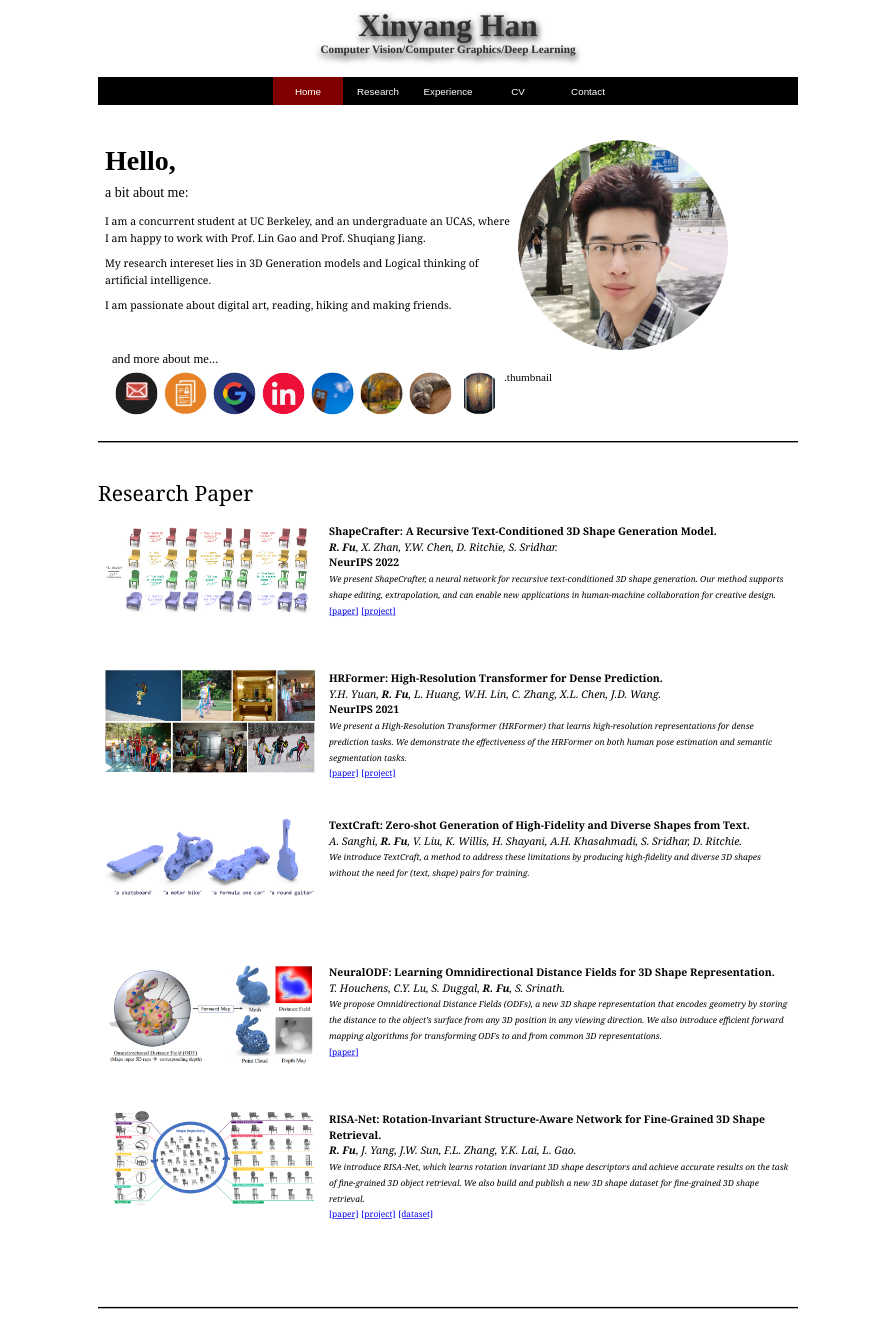
Repository: XinyangHan/XinyangHan.github.io
Page: index.html
These files come from the project's save history. The page is drawn as it stood at one moment and after the next save; the edit follows.
The browser window is 1280 px wide. The pictures show the part of the page from y = 0 to 1920 px (the page is 4103 px tall), at 70% of full size.

Above is the page before, as saved 2023-02-11 13:46:07.

### index.html
<!DOCTYPE html>
<html>

<head>
	<meta charset="utf-8">
	<meta name="keywords" content="Rao FU, Rao FU, Rao Fu Homepage, Rao Fu Webpage, Rao Fu UCAS, Rao Fu Brown">
	<meta name="description" content="Rao FU's homepage">
	<meta name="viewport" content="width=device-width, initial-scale=1">
	<title>Rao FU | Homepage</title>
	<link href="style.css" rel="stylesheet" />
	<style>
	</style>



</head>

<body>
<!-------------------------------------------------- Header -------------------------------------------------->
<div id="header">
	<h1> Xinyang Han </h1>
	<h2>Computer Vision/Computer Graphics/Deep Learning</h2>
</div><!-- Header -->

<!-------------------------------------------------- Navbar -------------------------------------------------->
<div id="nav-wrapper">
<div id="nav">
			<button class="btn active" onclick="window.location.href = './index.html#content_home';">Home</button>
			<button class="btn" onclick="window.location.href = './index.html#content_project';">Research</button>
			<button class="btn" onclick="window.location.href = './index.html#content_exp';">Experience</button>
			<button class="btn" onclick="window.location.href = './resource/My_CV.pdf'; target='_blank'; ">CV</button>
			<button class="btn" onclick="window.location.href = './index.html#c_contact_biography';">Contact</button>
			<!-- <a href="./index.html#content_home" class="active">Home</a>  -->
			<!-- <a href="./index.html#content_project">Research</a> -->
			<!-- <a href="./index.html#content_exp">Experience</a> -->
			<!-- <a href="./resource/MY_CV.pdf">CV</a> -->
			<!-- <a href="./index.html#c_contact_biography">Contact</a> -->
</div> <!-- #nav -->
</div>

<!-------------------------------------------------- Script -------------------------------------------------->
<script>
	// Get the container element
	var btnContainer = document.getElementById("nav");

	// Get all buttons with class="btn" inside the container
	var btns = btnContainer.getElementsByClassName("btn");

	// Loop through the buttons and add the active class to the current/clicked button
	for (var i = 0; i < btns.length; i++) {
	btns[i].addEventListener("click", function() {
		var current = document.getElementsByClassName("active");
		current[0].className = current[0].className.replace(" active", "");
		this.className += " active";
	});
	}
</script>

<!-------------------------------------------------- Content Home-------------------------------------------------->
<div class="content"  id="content_home">

	<div class="c_home_wrapper">
		<div id="c_biography">
			<strong id="c_font1">Hello,</strong><br>
			<span class="c_font2">a bit about me:</span><br>
			<p class="c_font3">
				I am a concurrent student at UC Berkeley, and an undergraduate an UCAS, where I am happy to work with Prof. Lin Gao and Prof. Shuqiang Jiang.
			</p>
			<p class="c_font3">
				My research intereset lies in 3D Generation models and Logical thinking of artificial intelligence.
			</p>
			<p class="c_font3">
				I am passionate about digital art, reading, hiking and making friends.
			</p>
		</div>

		<div id="c_profile">
			<div class="c_thumbnail">
				<img src="img/round_profile.png" id="buttons" alt="profile_button" >
				<div class="overlay">
					<p>
						勿戳！<br>
						Don't poke my cheeks!<br>
						¡no me toques las mejillas! <br>
						मेरे गाल मत दबाओ! <br>
						আমার গালে খোঁচা দিও না! <br>
						não cutuque minhas bochechas! <br>
						не тыкай меня в щеки! <br>
						私の頬をつつかないで！ <br>
						ਮੇਰੀਆਂ ਗੱਲ੍ਹਾਂ ਨੂੰ ਨਾ ਮਾਰੋ! <br>
						唔好戳我嘅脸颊！<br>
						đừng chọc má tôi!<br>
						నా బుగ్గలు కుట్టకు!<br>
						yanaklarımı dürtme!<br>
						내 뺨을 찌르지 마! <br>
						ne touchez pas mes joues!<br>
						stoß mir nicht in die Wangen!<br>
						என் கன்னங்களை குத்தாதே!<br>
						میرے گالوں کو مت مارو!<br>
						ojo nyocot pipiku!<br>
						non toccarmi le guance!<br>
						لا تكز خدي!<br>
					</p>
				</div>
			</div>
		</div>

		<div id="c_info">
			<!-- <strong id="c_font4">And more</strong><br>
			<strong id="c_font4">about me</strong><br> -->
			<span class="c_font2_1"> and more about me... </span><br>
			<!-- CONTENT TODO -->
			<div class="thumbnail">
				<img src="img/email_icon.jpg" id="button0" alt="email_button" >
				<div class="overlay" onclick="window.location.href = 'hanxinyang20a@mails.ucas.ac.cn';" >
					<p>Email to<br>Say Hi</p>
				</div>
			</div> <!-- .thumbnail -->


			<div class="thumbnail">
				<img src="img/cv_icon.jpg" id="button1" alt="cv_button" >
				<div class="overlay"  onclick="window.location.href='./resource/Xinyang_Han_CV.pdf'; " >
					<p>CV/<br>Resume</p>
				</div>
			</div> <!-- .thumbnail -->

			<div class="thumbnail">
				<img src="img/gs_icon.png" id="button2" alt="google_button" >
				<div class="overlay" onclick="window.location.href = 'https://scholar.google.com/citations?hl=en&user=VWMWQEcAAAAJ';" >
					<p>Google<br>Scholar</p>
				</div>
			</div> .thumbnail

			<div class="thumbnail">
				<img src="img/linkedin_icon.png" id="button3" alt="lkin_icon" >
				<div class="overlay" onclick="window.location.href = 'https://www.linkedin.com/in/rao-fu-245269210/';" >
					<p>LinkedIn<br>Profile</p>
				</div>
			</div> <!-- .thumbnail -->

			<div class="thumbnail">
				<img src="img/ucas_button.png" id="button4" alt="ucas_button" >
				<div class="overlay" onclick="window.location.href = 'https://en.wikipedia.org/wiki/University_of_the_Chinese_Academy_of_Sciences/';" >
					<p>B.E.@<br>UCAS</p>
				</div>
			</div> <!-- .thumbnail -->

			<div class="thumbnail">
				<img src="img/Brown_icon.jpg" id="button5" alt="brown_button">
				<div class="overlay" onclick="window.location.href = 'https://www.usc.edu/';" >
					<p>Ph.D.@<br>Brown
					</p>
				</div>
			</div> <!-- .thumbnail -->

			<div class="thumbnail">
				<img src="img/cat_icon.jpg" id="button6" alt="cat_button">
				<div class="overlay" onclick="window.location.href = 'https://instagram.com/inocchi_mew?r=nametag';" >
					<p>My Cat<br>Inocchi
					</p>
				</div>
			</div> <!-- .thumbnail -->

			<div class="thumbnail">
				<img src="img/art_icon.jpg" id="button6" alt="art_button">
				<div class="overlay" onclick="window.location.href = './index.html#content_home';" >
					<p>Arts<br>Todo...</p>
				</div>
			</div> <!-- .thumbnail -->

		</div>
	</div><!-- Home Wrapper-->

	<div class="clearfloat"></div>
</div><!-- Content Home-->

<!-------------------------------------------------- Content Project -------------------------------------------------->
<div class="content">

	<div class="c_public_wrapper" id="content_project">
		<div class="c_font1_1">Research Paper</div>
		<div class="c_public">
			<div class="disp_wrapper">
				<!-- <a href="./img/HRFormer.png" data-lightbox="project1" data-title="HRFormer2 Structure"> -->
					<img src="./img/project_shapecrafter.jpg" class="project_img" title="ShapeCrafter Structure">
				<!-- </a> -->
				<!-- <p class="small_font">click image for details</p> -->
			</div>
			<strong>ShapeCrafter: A Recursive Text-Conditioned 3D Shape Generation Model.</strong>
			<br><em><strong>R. Fu</strong>, X. Zhan, Y.W. Chen, D. Ritchie, S. Sridhar. </em>
			<br><strong>NeurIPS 2022</strong></em>
			<br><em class="small_font">We present ShapeCrafter, a neural network for recursive text-conditioned 3D shape generation.
				Our method supports shape editing, extrapolation, and can enable new applications in human-machine collaboration for creative design.</em>
			<br><a href="https://arxiv.org/abs/2207.09446" class="small_font">[paper]</a>
			<a href="https://ivl.brown.edu/projects/shapecrafter" class="small_font">[project]</a>
		</div>

		<div class="c_public">
			<div class="disp_wrapper">
				<!-- <a href="./img/project_hrformer.png" data-lightbox="project1" data-title="HRFormer2 Structure"> -->
					<img src="./img/project_hrformer.png" class="project_img" title="HRFormer2 Structure">
				<!-- </a> -->
				<!-- <p class="small_font">click image for details</p> -->
			</div>
			<strong>HRFormer: High-Resolution Transformer for Dense Prediction.</strong>
			<br><em>Y.H. Yuan, <strong>R. Fu</strong>, L. Huang, W.H. Lin, C. Zhang, X.L. Chen, J.D. Wang. </em>
			<br><strong>NeurIPS 2021</strong></em>
			<br><em class="small_font">We present a High-Resolution Transformer (HRFormer) that learns high-resolution
				representations for dense prediction tasks. We demonstrate the effectiveness
				of the HRFormer on both human pose estimation and semantic segmentation tasks.</em>
			<br><a href="https://arxiv.org/abs/2110.09408" class="small_font">[paper]</a>
			<a href="https://github.com/HRNet/HRFormer" class="small_font">[project]</a>
		</div>

		<div class="c_public">
			<div class="disp_wrapper">
				<!-- <a href="./img/HRFormer.png" data-lightbox="project1" data-title="HRFormer2 Structure"> -->
					<img src="./img/project_textcraft.png" class="project_img" title="TextCraft Structure">
				<!-- </a> -->
				<!-- <p class="small_font">click image for details</p> -->
			</div>
			<strong>TextCraft: Zero-shot Generation of High-Fidelity and Diverse Shapes from Text.</strong>
			<br><em>A. Sanghi, <strong>R. Fu</strong>, V. Liu, K. Willis,  H. Shayani, A.H. Khasahmadi, S. Sridhar, D. Ritchie. </em>
			<!-- <br><strong>CoRR</strong></em> -->
			<br><em class="small_font">We introduce TextCraft, a method to address these limitations by producing high-fidelity
				and diverse 3D shapes without the need for (text, shape) pairs for training.</em>
			<!-- <br><a href="https://arxiv.org/pdf/2206.05837" class="small_font">[paper]</a> -->
		</div>

		<div class="c_public">
			<div class="disp_wrapper">
				<!-- <a href="./img/HRFormer.png" data-lightbox="project1" data-title="HRFormer2 Structure"> -->
					<img src="./img/project_odf.jpg" class="project_img" title="ODF Structure">
				<!-- </a> -->
				<!-- <p class="small_font">click image for details</p> -->
			</div>
			<strong>NeuralODF: Learning Omnidirectional Distance Fields for 3D Shape Representation.</strong>
			<br><em>T. Houchens, C.Y. Lu, S. Duggal, <strong>R. Fu</strong>, S. Srinath. </em>
			<!-- <br><strong>CoRR</strong></em> -->
			<br><em class="small_font">We propose Omnidirectional Distance Fields (ODFs), a new 3D shape representation
				that encodes geometry by storing the distance to the object’s surface from any 3D position in any
				viewing direction. We also introduce efficient forward mapping algorithms for transforming ODFs to and
				from common 3D representations.</em>
			<br><a href="https://arxiv.org/pdf/2206.05837" class="small_font">[paper]</a>
		</div>

		<div class="c_public">
				<div class="disp_wrapper">
					<!-- <a href="./img/project_risanet.png" data-lightbox="project1" data-title="RISA-Net Structure"> -->
						<img src="./img/project_risanet.png" class="project_img" title="RISA-Net Structure">
					<!-- </a> -->
					<!-- <p class="small_font">click image for details</p> -->
				</div>
				<strong>RISA-Net: Rotation-Invariant Structure-Aware Network for Fine-Grained 3D Shape Retrieval.</strong>
				<br><em><strong>R. Fu</strong>, J. Yang, J.W. Sun, F.L. Zhang, Y.K. Lai, L. Gao. </em>
				<!-- <br><em>CoRR </em> -->
				<br><em class="small_font">We introduce RISA-Net, which learns rotation invariant
					3D shape descriptors and achieve accurate results on the task of fine-grained 3D object retrieval. We also build and publish
					a new 3D shape dataset for fine-grained 3D shape retrieval.</em>
				<br><a href="https://arxiv.org/abs/2010.00973" class="small_font">[paper]</a>
				<a href="https://github.com/IGLICT/RisaNET" class="small_font">[project]</a>
				<a href="https://drive.google.com/drive/folders/1BpwtlhrYfR5xGcXGoYFjo9bQFtw4nFvP" class="small_font">[dataset]</a>

		</div>
	</div>
	<div class="clearfloat"></div>
</div><!-- Content Project-->

<!-------------------------------------------------- Content Experiment-------------------------------------------------->
<div class="content">

	<div class="c_education_wrapper" id="content_exp">
		<div class="c_font1_1">Education</div>

		<div class="c_education">
			<strong>BROWN UNIVERSITY</strong>
			<em class="dates">Sept.2021 – Present</em>
			<div class="clearfloat"></div>
			<div class="logo_wrapper">
				<img class="schoollogo" src="./img/brown_logo.png" alt="BROWN Logo" />
			</div>
			<ul>
			<li>Title: Computer Science Ph.D. Student</li>
			<li>Concentration: Vision, Graphics and Robotics</li>
			</ul>
		</div>

		<div class="c_education">
			<strong>UNIVERSITY OF CHINESE ACADEMY OF SCIENCES</strong>
			<em class="dates">Sept. 2017-Jul. 2021</em>
			<div class="clearfloat"></div>
			<div class="logo_wrapper">
				<img class="schoollogo" src="./img/cas_logo.jpg" alt="CAS Logo" />
			</div>
			<ul>
			<li>Degree: Bachelor of Computer Science.</li>
			<li>GPA: 3.72/4.00.</li>
			<li>Core GPA: 3.82/4.00.</li>
			<li><em>Outstanding Thesis Awards.</em> </li>
			<li><em></em>National Inspirational Scholarship(5%).</em></li>
			</ul>
		</div>

		<div class="c_education">
			<strong>UNIVERSITY OF SOUTHERN CALIFORNIA</strong>
			<em class="dates">Jan. 2020-May. 2020</em>
			<div class="clearfloat"></div>
			<div class="logo_wrapper">
				<img class="schoollogo" src="./img/usc_logo.png" alt="USC Logo" />
			</div>
			<ul>
			<li>Title: Visiting Student.</li>
			<li>GPA: 4.00/4.00.</li>
			</ul>

		</div>

		<div class="c_education">
			<strong>BEIJING NATIONAL DAY SCHOOL</strong>
			<em class="dates">Sept. 2011-Jul. 2017</em>
			<div class="clearfloat"></div>
			<div class="logo_wrapper">
				<img class="schoollogo" src="./img/bnds_logo.png" alt="USC Logo" />
			</div>
			<ul>
			<li>Title: Student.</li>
			<li>GPA: 3.9/4.0.</li>
			</ul>

		</div>
	</div>

	<div class="c_intern_wrapper">
		<div class="c_font1_1">Employment</div>

		<div class="c_intern">
			<strong>Research intern: Autodesk Inc.</strong>
				<em class="dates">May. 2022 – Present</em>
			<br><br><em>Group: AI Lab</em><em class="dates">Toronto, Canada</em>
			<ul>
				<li>Research on Lauguage-guided 3D Shape Generation.</li>
			</ul>
		</div>

		<div class="c_intern">
			<strong>Research intern: Microsoft Research, Asia</strong>
				<em class="dates">Mar. 2021 – July. 2021</em>
			<br><br><em>Group: Speech Group, Visual Computing Group</em><em class="dates">Beijing, China</em>
			<ul>
				<li>Research on High-Resolution Machine Perception Backbone</li>
			</ul>
		</div>

		<div class="c_intern">
			<strong>Research intern: University of California, San Diego</strong>
				<em class="dates">May. 2020 – Nov. 2020</em>
			<br><br><em>Advisor: Prof. Hao Su.</em><em class="dates">San Diego, CA, USA</em>
			<ul>
				<li>Research on Robot Grasping with Two-Finger Grippers.</li>
				<li>Research on Humanoid Robot Grippers.</li>
			</ul>
		</div>

		<div class="c_intern">
				<strong>Research intern: Institute of Computing Technology, CAS.</strong>
					<em class="dates">Jul. 2019 – Nov. 2020</em>
				<br><br><em>Advisor: Prof. Lin Gao</em> <em class="dates">Beijing, China</em>
				<ul>
					<li>Research on Fine-grained 3D Shape Retrieval.</li>
					<li>Research on Talking Head Generation.</li>
				</ul>
		</div>
	</div>

	<div class="clearfloat"></div>

</div><!-- Content Experiment-->

<!-------------------------------------------------- Content Contact-------------------------------------------------->
<div class="content">
	<div class="c_contact_wrapper">
	<!-- 	<div id="c_contact_biography">
			<span class="c_font1_1">Contact me:</span><br>
			<p class="c_font3">
			Email: <a href="mailto:rao_fu@brown.edu">rao_fu@brown.edu</a>
			</p>
			<p class="c_font3">
			Mail: Brown University Box 1910, Providence, RI 02912
			</p>
		</div> -->

		<div id="c_contact_profile">
			<span class="c_font1_1">Buy me a Boba:</span><br>
			<p class="c_font3">
			If you like my homepage and think it's useful, welcome to buy me a Boba via Wechat or Paypal down here:
			</p>
			<div id="c_contact_thumbnail_1">
			</div>
			<div id="c_contact_thumbnail_2">
			</div>
		</div>

		<div class="clearfloat"></div>
	</div><!-- Content Contact Wrapper-->
</div><!-- Content Contact -->


<div class="clearfloat"></div>
<!-------------------------------------------------- Footer -------------------------------------------------->
<div id="footer">
	<!-- <div class="b_thumbnail">
		<img class="b_img" src="img/i3.png" alt="email">
	</div>
	<div class="b_font">
		<a href="mailto:rao_fu@brown.edu">rao_fu@brown.edu</a>
	</div>
	<div class="b_thumbnail">
		<img class="b_img" src="img/i4.png" alt="git">
	</div>
	<div class="b_font">
		<a href="https://github.com/freddierao">github.com/freddierao</a>
	</div>	 -->
	<div class="b_thumbnail">
		<img class="b_img" src="img/i2.png" alt="copyright">
	</div>
	<div class="b_font">
		&copy; 2022 by Rao FU
	</div>
	<div class="clearfloat"></div>
</div><!-- Footer -->
<script>
window.onscroll = function() {myFunction()};

var navbar = document.getElementById("nav-wrapper");
var sticky = navbar.offsetTop;

function myFunction() {
  if (window.pageYOffset >= sticky) {
    navbar.classList.add("sticky")
  } else {
    navbar.classList.remove("sticky");
  }
}
</script>
</body>
</html>

Loaded but not shown: style.css (556 lines, source omitted)

After the next save:
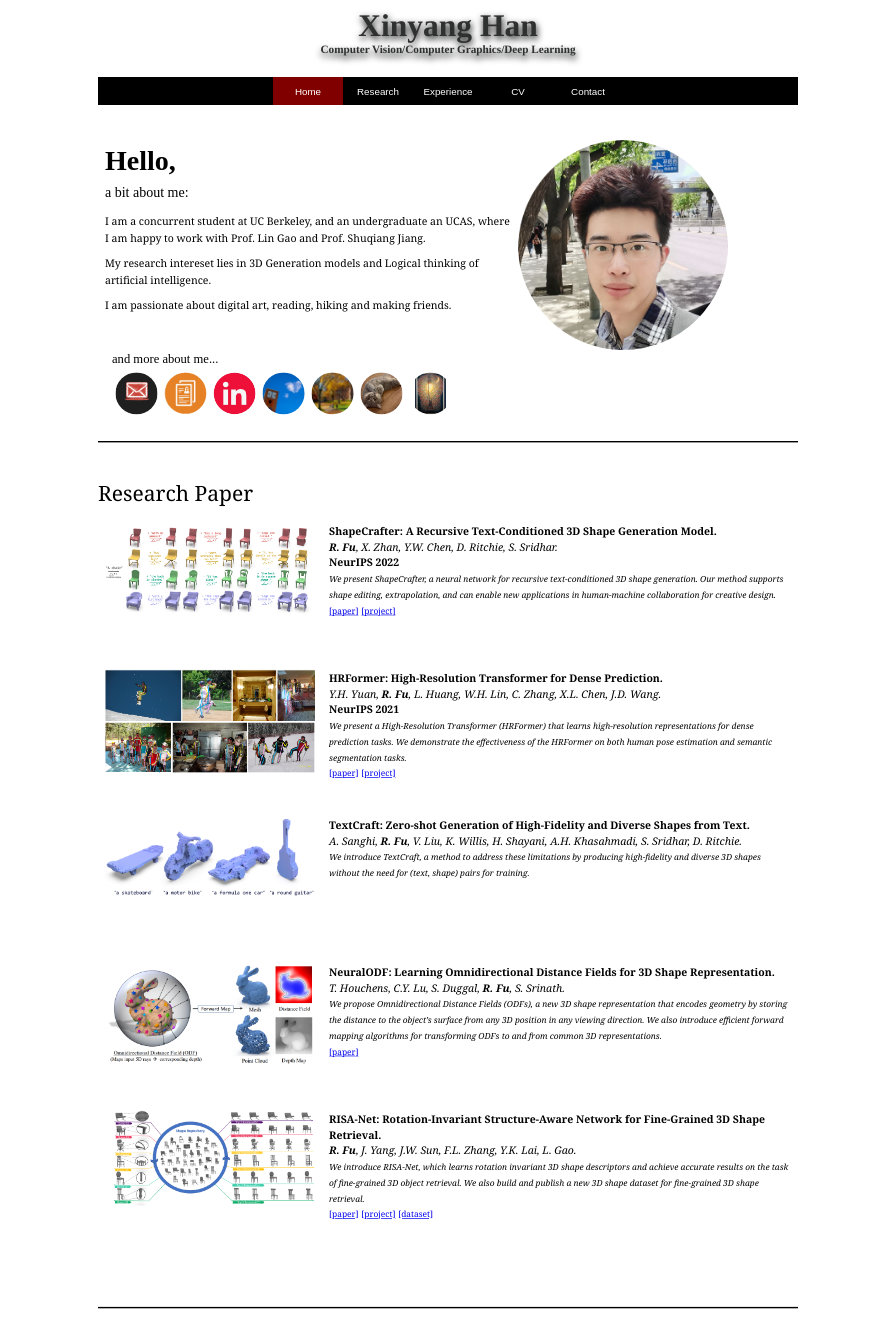
Saved 27 s later.
--- a/index.html
+++ b/index.html
@@ -125,12 +125,7 @@
 				</div>
 			</div> <!-- .thumbnail -->
 
-			<div class="thumbnail">
-				<img src="img/gs_icon.png" id="button2" alt="google_button" >
-				<div class="overlay" onclick="window.location.href = 'https://scholar.google.com/citations?hl=en&user=VWMWQEcAAAAJ';" >
-					<p>Google<br>Scholar</p>
-				</div>
-			</div> .thumbnail
+			<!-- .thumbnail -->
 
 			<div class="thumbnail">
 				<img src="img/linkedin_icon.png" id="button3" alt="lkin_icon" >
